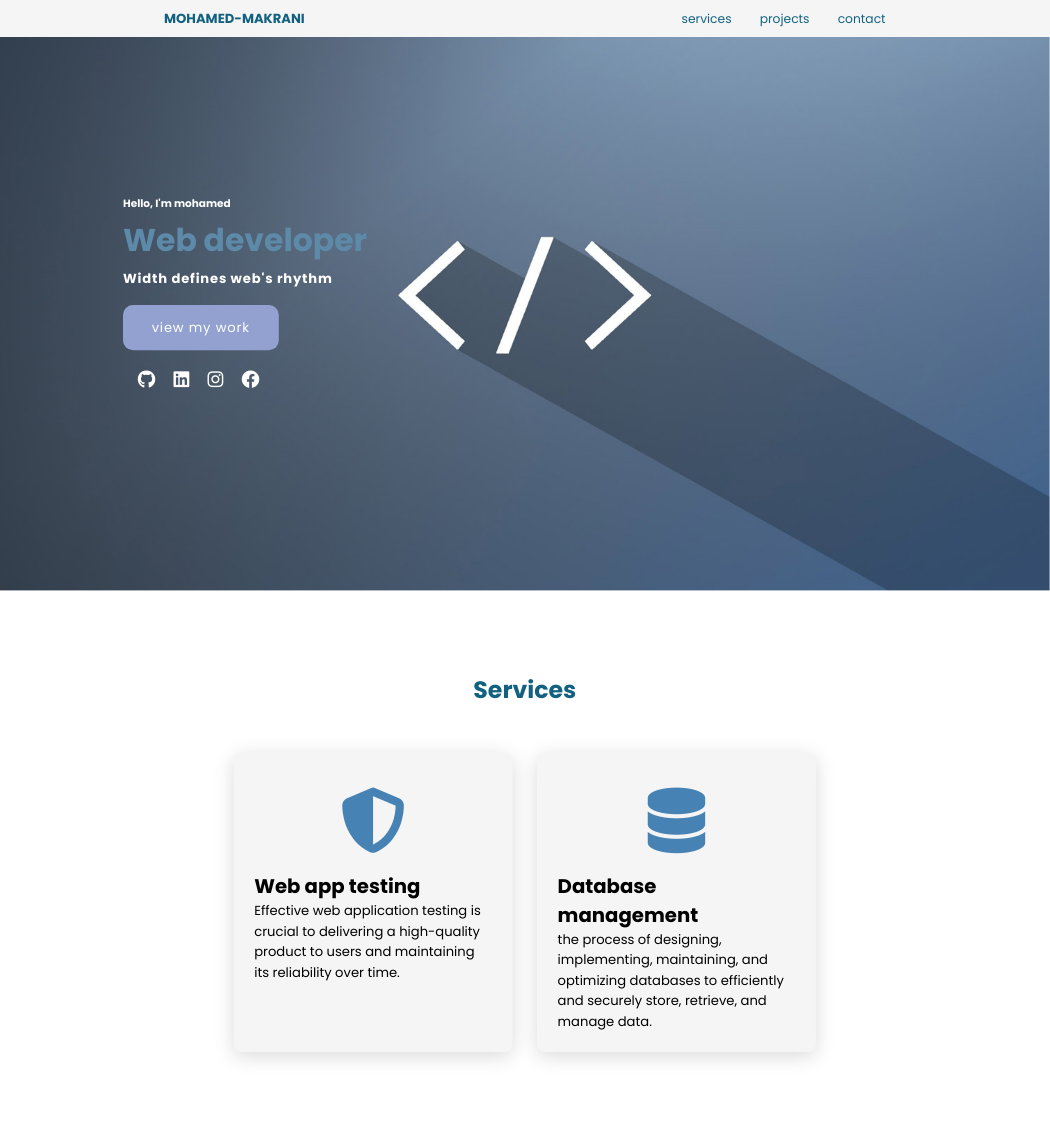
Repository: mohamed-makrani/Portfolio
Page: indixe.html
These files come from the project's save history. The page is drawn as it stood at one moment and after the next save; the edit follows.
The browser window is 1280 px wide. The pictures show the whole page, at 82% of full size.
Backgrounds fixed to the window are drawn as part of the page.

Above is the page before, as saved 2023-09-16 20:27:33.

After the next save:
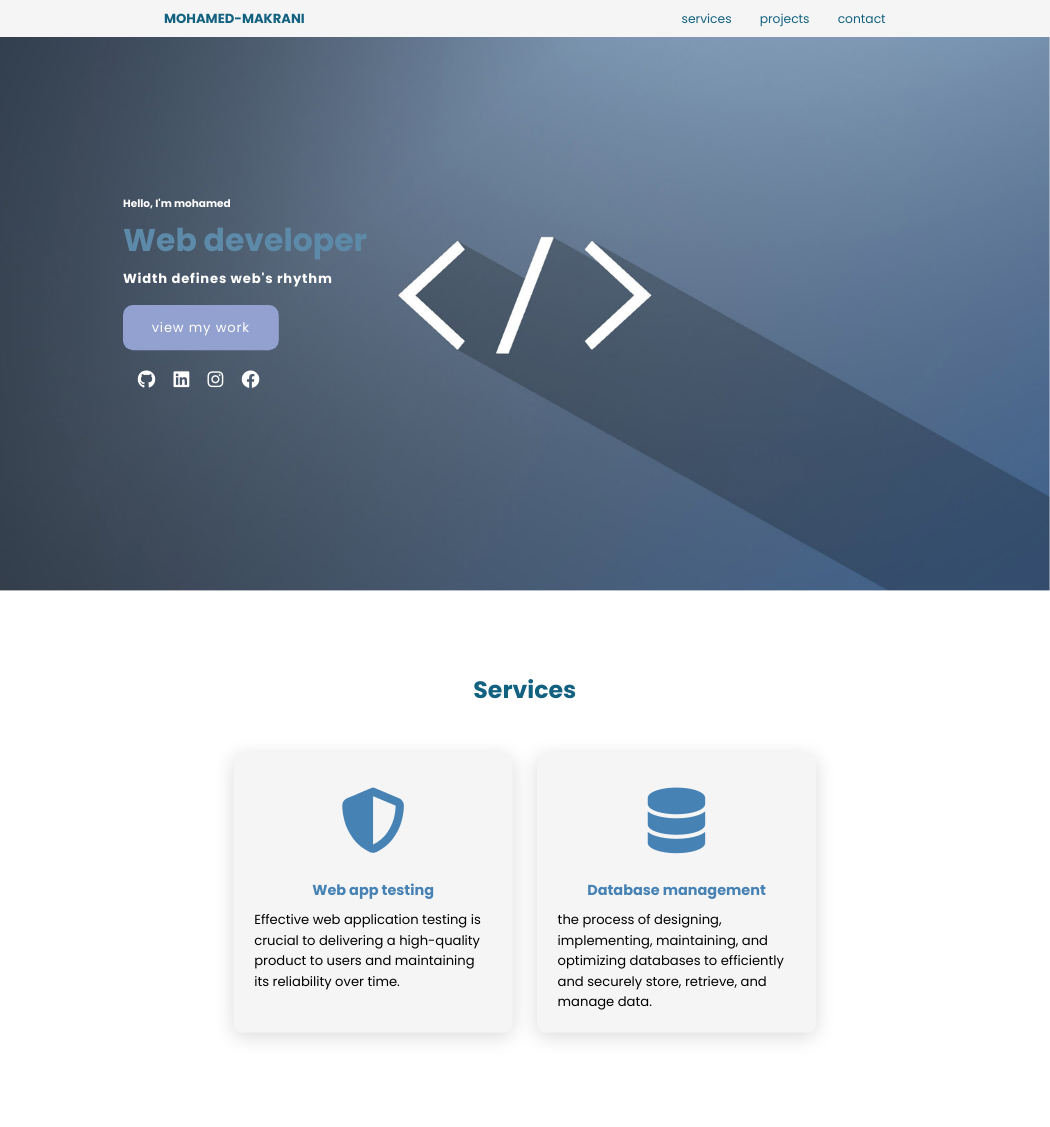
Saved 38 s later.
--- a/style.css
+++ b/style.css
@@ -141,7 +141,7 @@ transition: 0.7s ease;
    text-align: center;
    font-size: 5em;
 }
-.info h3 {
+.info h2 {
 
    color:#4682b4 ;
    text-align: center;
